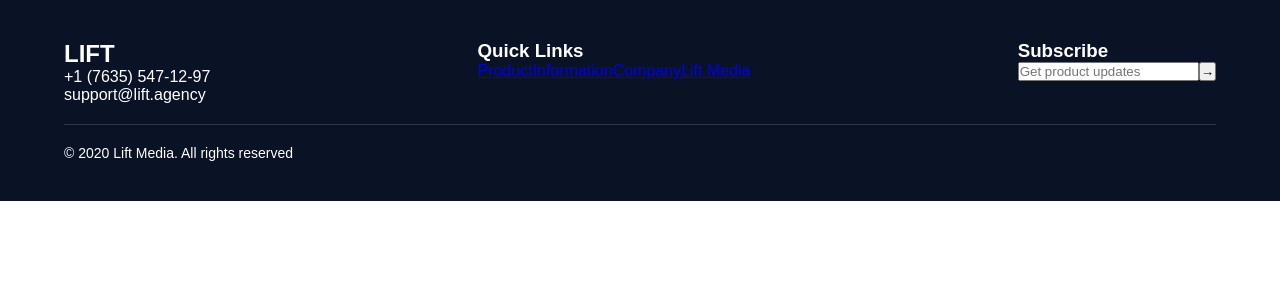
Repository: sarramz/ProjetBI-AI-dev
Page: /1
An editor plug-in stored every save of this project. The page is shown before and after the next save, followed by the edit.
The browser window is 1280 px wide. The pictures show the whole page.
The project was rebuilt for these pictures with package versions that can differ from the ones it lists, and the page was loaded fresh each time. Also part of the build but not shown: vite.config.js, src/pages/NotFoundPage.jsx.

Above is the page before, as saved 2025-02-23 10:51:53.

### src/App.jsx
import React from "react";
import { BrowserRouter as Router, Routes, Route } from "react-router-dom";
import NotFoundPage from "./pages/NotFoundPage.jsx";
import Footer from "./pages/footer.jsx"; // Import du footer

const Home = () => <h1 className="text-4xl text-center mt-10">Bienvenue sur la page d'accueil</h1>;

const App = () => {
  return (
    <Router>
      <div className="app-container">
        <Routes>
          <Route path="/" element={<Home />} />
          <Route path="*" element={<NotFoundPage />} />
          <Route path='1' element={<footer/>} />
        </Routes>
        <Footer /> {/* Ajout du footer */}
      </div>
    </Router>
  );
};

export default App;

### src/pages/footer.jsx
import React from "react";
import "./Footer.css"; // Ajout du style

const Footer = () => {
  return (
    <footer className="footer">
      <div className="footer-container">
        <div className="footer-left">
          <h2>LIFT</h2>
          <p>+1 (7635) 547-12-97</p>
          <p>support@lift.agency</p>
        </div>

        <div className="footer-links">
          <h3>Quick Links</h3>
          <a href="#">Product</a>
          <a href="#">Information</a>
          <a href="#">Company</a>
          <a href="#">Lift Media</a>
        </div>

        <div className="footer-subscribe">
          <h3>Subscribe</h3>
          <input type="text" placeholder="Get product updates" />
          <button>→</button>
        </div>
      </div>

      <div className="footer-bottom">
        <p>© 2020 Lift Media. All rights reserved</p>
      </div>
    </footer>
  );
};

export default Footer;

### src/pages/style.css
* {
  margin: 0;
  padding: 0;
  box-sizing: border-box;
}

.not-found-container {
  display: flex;
  align-items: center;
  justify-content: space-between;
  width: 100vw;
  height: 100vh;
  padding: 5%;
  background-color: white; /* ✅ Fond blanc */
  /* Fond léger pour un bon contraste */
}

.text-container {
  flex: 1;
  text-align: left;
  padding-left: 5%;
}

.text-container h2 {
  font-size: 64px; /* Plus grand pour bien remplir l'espace */
  color: #2c3e50;
  white-space: nowrap; /* Garde le texte sur une seule ligne */
}

.back-button {
  display: inline-block;
  margin-top: 20px;
  padding: 15px 30px;
  background-color: #4A919E
  ;
  color: white;
  text-decoration: none;
  border-radius: 8px;
  font-size: 20px;
}

.back-button:hover {
  background-color: #4A919E
  ;
}

.image-container {
  flex: 1;
  display: flex;
  justify-content: flex-end; /* Décale l’image à droite */
  align-items: center;
}

.image-container img {
  width: 90%; /* L’image prend plus de place */
  max-width: 700px; /* Taille max pour éviter qu'elle dépasse trop */
}

### src/pages/footer.css
.footer {
    background-color: #0a1325; /* Fond bleu foncé */
    color: white;
    padding: 40px 5%;
    font-family: Arial, sans-serif;
  }

  .footer-container {
    display: flex;
    justify-content: space-between;
    align-items: flex-start;
    flex-wrap: wrap;
    border-bottom: 1px solid #2a3550;
    padding-bottom: 20px;
  }

  .footer-section {
    flex: 1;
    min-width: 200px;
    margin-bottom: 20px;
  }

  .footer-logo {
    width: 80px;
    margin-bottom: 10px;
  }

  .social-icons a {
    color: white;
    font-size: 18px;
    margin-right: 10px;
    text-decoration: none;
  }

  .footer-section h4 {
    font-size: 16px;
    margin-bottom: 10px;
  }

  .footer-section ul {
    list-style: none;
    padding: 0;
  }

  .footer-section ul li {
    margin-bottom: 5px;
  }

  .footer-section ul li a {
    color: white;
    text-decoration: none;
    font-size: 14px;
  }

  .footer-section ul li a:hover {
    text-decoration: underline;
  }

  .subscribe-box {
    display: flex;
    align-items: center;
    background: white;
    border-radius: 5px;
    overflow: hidden;
  }

  .subscribe-box input {
    border: none;
    padding: 10px;
    flex: 1;
    outline: none;
  }

  .subscribe-box button {
    background: #4a90e2;
    color: white;
    border: none;
    padding: 10px;
    cursor: pointer;
  }

  .footer-bottom {
    display: flex;
    justify-content: space-between;
    align-items: center;
    margin-top: 20px;
    font-size: 14px;
  }

Loaded but not shown: index.html (common file); src/main.jsx (common file); src/index.css (common file)

After the next save:
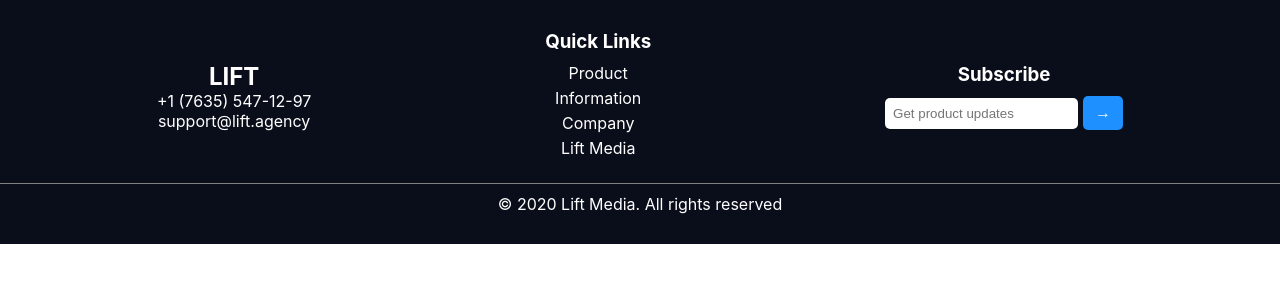
Saved 17 s later.
--- a/src/pages/footer.css
+++ b/src/pages/footer.css
@@ -1,88 +1,54 @@
 .footer {
-    background-color: #0a1325; /* Fond bleu foncé */
+    width: 100%;
+    background-color: #0a0e1a; /* Fond sombre */
     color: white;
-    padding: 40px 5%;
-    font-family: Arial, sans-serif;
+    padding: 30px 0;
+    text-align: center;
   }
 
   .footer-container {
     display: flex;
-    justify-content: space-between;
-    align-items: flex-start;
-    flex-wrap: wrap;
-    border-bottom: 1px solid #2a3550;
-    padding-bottom: 20px;
+    justify-content: space-around;
+    align-items: center;
+    max-width: 1200px;
+    margin: 0 auto;
   }
 
-  .footer-section {
-    flex: 1;
-    min-width: 200px;
-    margin-bottom: 20px;
+  .footer-left h2 {
+    font-size: 24px;
   }
 
-  .footer-logo {
-    width: 80px;
+  .footer-links h3,
+  .footer-subscribe h3 {
     margin-bottom: 10px;
   }
 
-  .social-icons a {
+  .footer-links a {
+    display: block;
     color: white;
-    font-size: 18px;
-    margin-right: 10px;
     text-decoration: none;
-  }
-
-  .footer-section h4 {
-    font-size: 16px;
-    margin-bottom: 10px;
-  }
-
-  .footer-section ul {
-    list-style: none;
-    padding: 0;
-  }
-
-  .footer-section ul li {
     margin-bottom: 5px;
   }
 
-  .footer-section ul li a {
-    color: white;
-    text-decoration: none;
-    font-size: 14px;
+  .footer-subscribe input {
+    padding: 8px;
+    border: none;
+    border-radius: 5px;
+    margin-right: 5px;
   }
 
-  .footer-section ul li a:hover {
-    text-decoration: underline;
-  }
-
-  .subscribe-box {
-    display: flex;
-    align-items: center;
-    background: white;
+  .footer-subscribe button {
+    background-color: #1e90ff;
+    border: none;
+    padding: 8px 12px;
+    color: white;
+    font-size: 16px;
+    cursor: pointer;
     border-radius: 5px;
-    overflow: hidden;
-  }
-
-  .subscribe-box input {
-    border: none;
-    padding: 10px;
-    flex: 1;
-    outline: none;
-  }
-
-  .subscribe-box button {
-    background: #4a90e2;
-    color: white;
-    border: none;
-    padding: 10px;
-    cursor: pointer;
   }
 
   .footer-bottom {
-    display: flex;
-    justify-content: space-between;
-    align-items: center;
     margin-top: 20px;
-    font-size: 14px;
+    border-top: 1px solid gray;
+    padding-top: 10px;
   }
